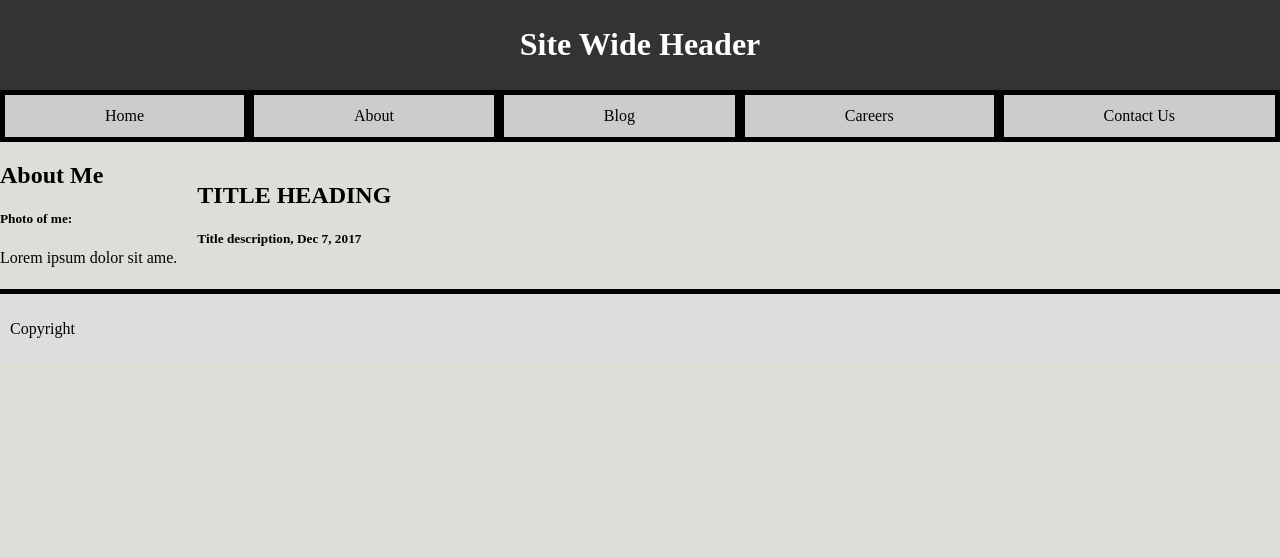
Repository: ayeza-baseer/AssignmentFlexbox
Page: assignment.html
These files come from the project's save history. The page is drawn as it stood at one moment and after the next save; the edit follows.
The browser window is 1280 px wide. The pictures show the whole page.

Above is the page before, as saved 2023-03-17 16:03:39.

### assignment.html
<!DOCTYPE html>
<html lang="en">
<head>
    <title>Assignment</title>
    <link rel="stylesheet" href="assignment.css">


</head>
<body>
<div>
    <header class="header"><h1>
        Site Wide Header
    </h1></header>
    <div class="navbar">
        <a href="#">Home</a>
        <a href="#">About</a>
        <a href="#">Blog</a>
        <a href="#">Careers</a>
        <a href="#">Contact Us</a>
      </div>
    <!-- <div class="row">
      <div class="main">
        <h3>This is the heading</h3>
        <p>Lorem ipsum dolor sit amet, consectetur adipiscing elit, sed do eiusmod tempor incididunt ut labore et dolore magna aliqua. Ut enim ad minim veniam, quis nostrud exercitation ullamco laboris nisi ut aliquip ex ea commodo consequat. Duis aute irure dolor in reprehenderit in voluptate velit esse cillum dolore eu fugiat nulla pariatur. Excepteur sint occaecat cupidatat non proident, sunt in culpa qui officia deserunt mollit anim id est laborum.</p>
      </div>
      <div class="aside">
        <h3>Aside Heading</h3>
        <p>Lorem Ipsum is simply  piscing elit, sed do eiusmod tempor incididunt ut labore et dolore magna a</p>
      </div>
    </div> -->

    <div class="row">
        <div class="side">
          <h2>About Me</h2>
          <h5>Photo of me:</h5>

          <p>Lorem ipsum dolor sit ame.</p>

        </div>
        <div class="main">
          <h2>TITLE HEADING</h2>
          <h5>Title description, Dec 7, 2017</h5>


        </div>
      </div>
</div>



<footer class="footer">
    <p>Copyright</p>
</footer>

</body>
</html>

### assignment.css
.header {
  padding: 5px;
  background-color: #333;
  color: #ccc;

  text-align: center;

  color: white;
}

body {
  margin: 0;
  background-color: #deded8;
}

.navbar {
  display: flex;
  background-color: black;
}

.navbar a {
  color: black;

  background-color: #ccc;
  padding: 12px 12px;
  text-decoration: none;
  text-align: center;
  flex-grow: 1;
  border: 5px solid black;
}

.navbar a:hover {
  color: red;
  border: 5px solid red;
}

.row {
  display: flex;
  flex-wrap:wrap;
  width: 100%;
}

.row > .aside {
  flex: 1 1 30%;
  background-color: white;

  padding: 20px;
}

/* Main column */
.row >.main {
  flex:1 1 70%;
  padding: 20px;
}

.footer {

    padding: 10px;
    border-top: 5px solid black;
    background: #ddd;
  }




  @media  screen and (max-width: 700px) {
    .row {
        flex-direction: column;
      }

      .navbar{
        display: none;
      }
  }

  /* @media screen and (min-width: 421px) {
    .navbar{
        order:1
      }
  } */

After the next save:
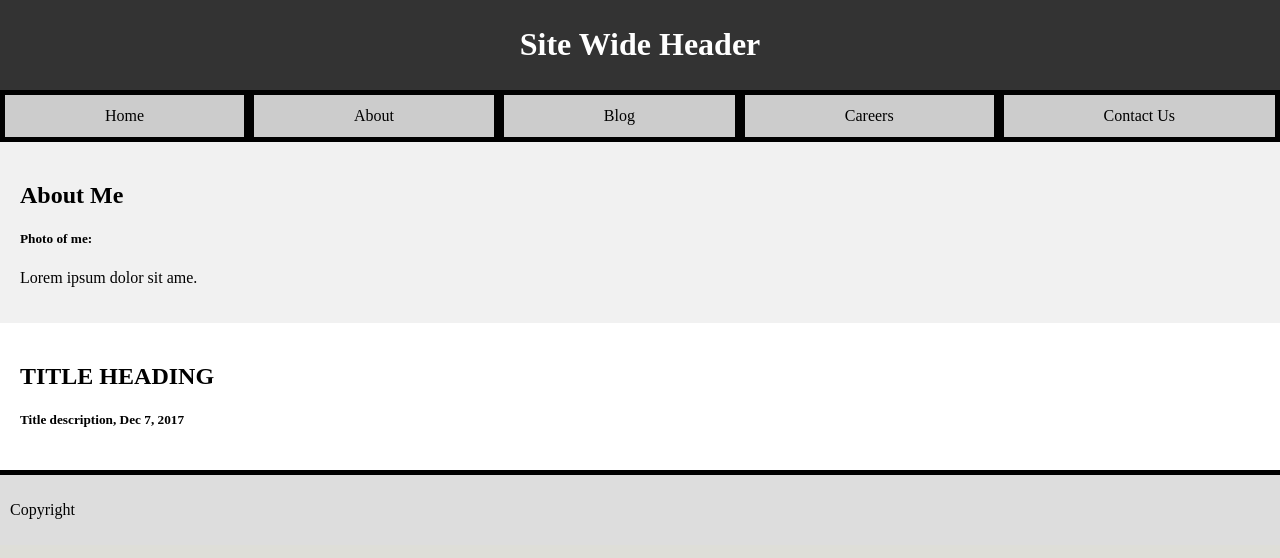
Saved 40 s later.
--- a/assignment.css
+++ b/assignment.css
@@ -35,23 +35,24 @@ body {
 }
 
 .row {
-  display: flex;
-  flex-wrap:wrap;
-  width: 100%;
-}
+    display: flex;
+    flex-wrap: wrap;
+  }
 
-.row > .aside {
-  flex: 1 1 30%;
-  background-color: white;
+  /* Create two unequal columns that sits next to each other */
+  /* Sidebar/left column */
+  .side {
+    flex: 30%;
+    background-color: #f1f1f1;
+    padding: 20px;
+  }
 
-  padding: 20px;
-}
-
-/* Main column */
-.row >.main {
-  flex:1 1 70%;
-  padding: 20px;
-}
+  /* Main column */
+  .main {
+    flex: 70%;
+    background-color: white;
+    padding: 20px;
+  }
 
 .footer {
 
